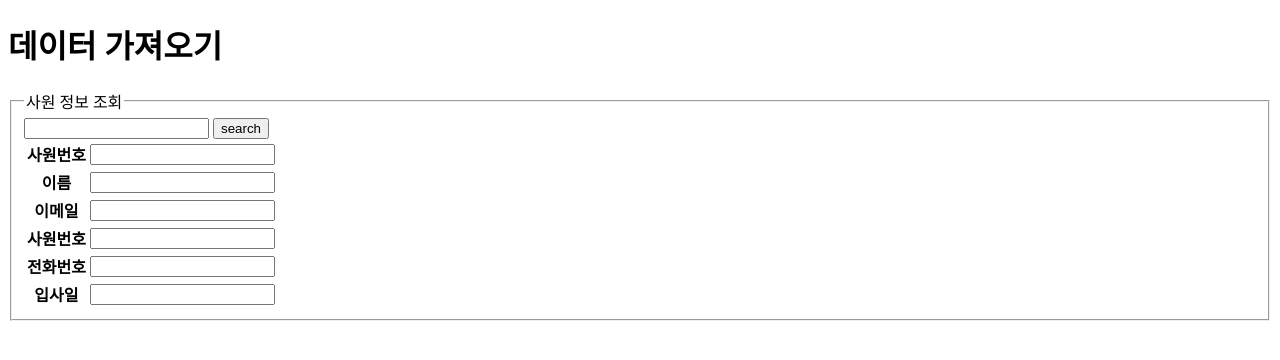
Repository: lafayetteey/WorkSpace
Page: workspace_jq_Ajax/UI_JQ_Ajax/WebContent/jq21_ajax.html
These files come from the project's save history. The page is drawn as it stood at one moment and after the next save; the edit follows.
The browser window is 1280 px wide. The pictures show the whole page.

Above is the page before, as saved 2020-06-22 08:11:37.

After the next save:
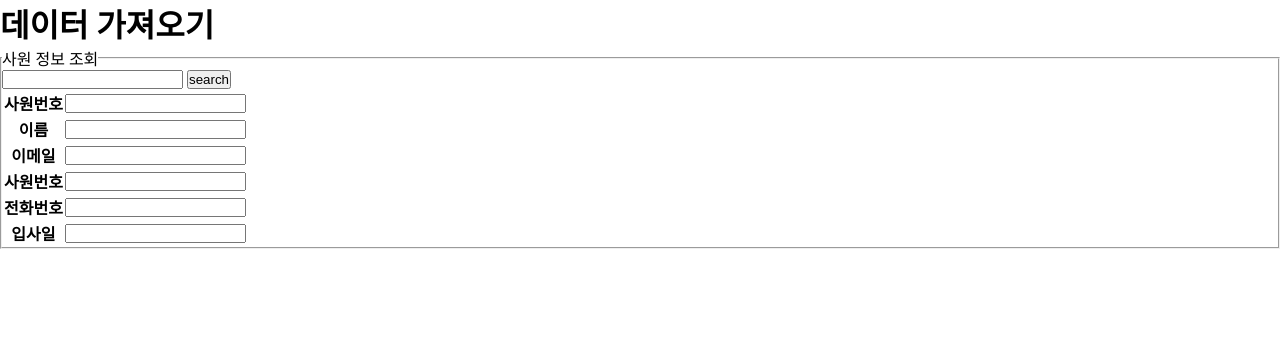
Saved 49 s later.
--- a/workspace_jq_Ajax/UI_JQ_Ajax/WebContent/jq21_ajax.html
+++ b/workspace_jq_Ajax/UI_JQ_Ajax/WebContent/jq21_ajax.html
@@ -3,6 +3,12 @@
 <head>
 <meta charset="UTF-8">
 <title>Insert title here</title>
+	<style type="text/css">
+		*{
+			margin : 0px;
+			padding: 0px;
+		}
+	</style>
 </head>
 <body>
 	<h1>데이터 가져오기</h1>
